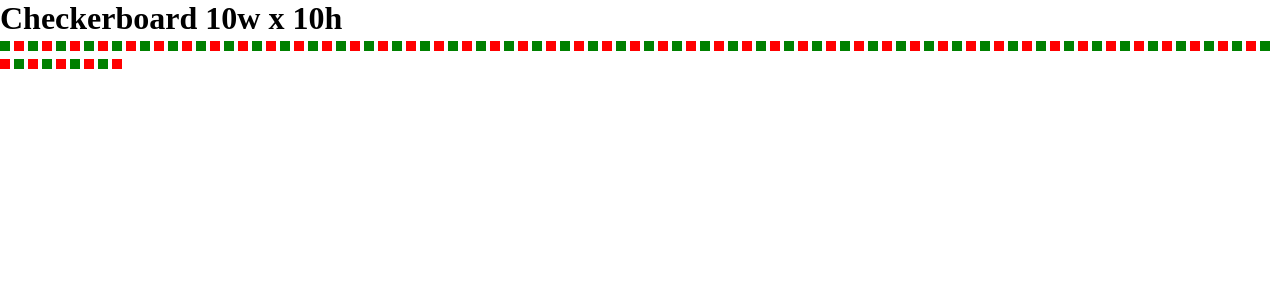
Repository: bchang1213/javaEE
Page: http://localhost/Checkerboard/view.jsp
These files come from the project's save history. The page is drawn as it stood at one moment and after the next save; the edit follows.
The browser window is 1280 px wide. The pictures show the whole page.
The page is served by Tomcat 9.

Above is the page before, as saved 2017-10-05 20:23:49.

After the next save:
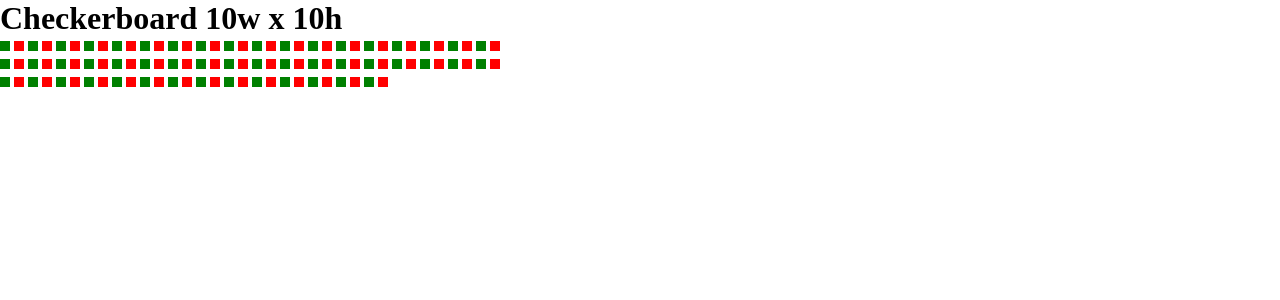
Saved 28 s later.
--- a/Checkerboard/WebContent/style.css
+++ b/Checkerboard/WebContent/style.css
@@ -1,6 +1,11 @@
 * {
 	margin: 0px;
 	padding: 0px;
+}
+
+body{
+	width: 500px;
+	height: 500px;
 }
 
 div.block{
